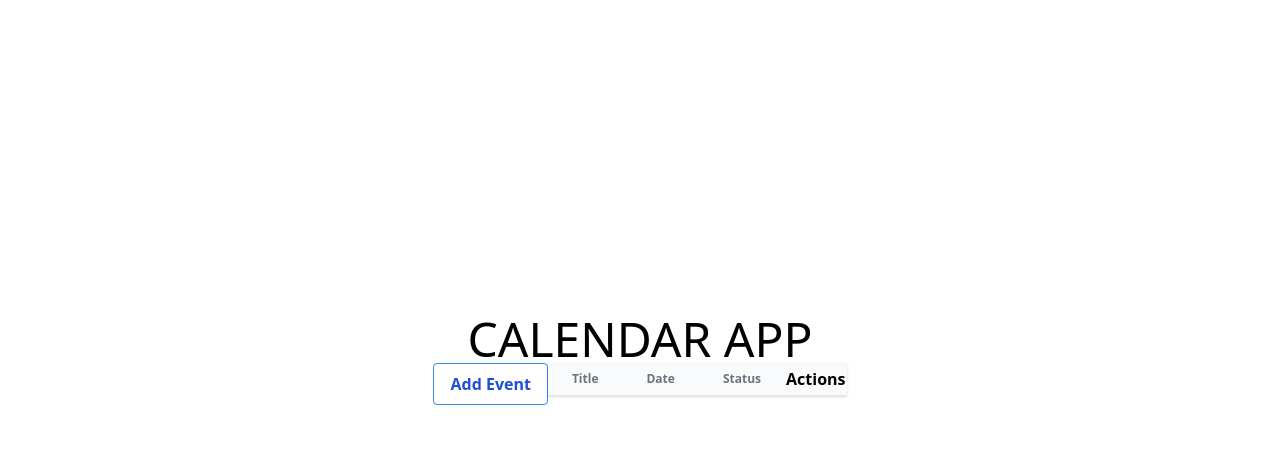
Repository: maikeru-desu/parking-lot
Page: / (app in parking-lot-fe/)
These files come from the project's save history. The page is drawn as it stood at one moment and after a run of saves; the edit follows.
The browser window is 1280 px wide. The pictures show the whole page.
The page's requests for data from a server got no answer. The project was rebuilt for these pictures with package versions that can differ from the ones it lists, and the page was loaded fresh each time. No one was signed in, and anything a server would have sent is missing. Also part of the build but not shown: parking-lot-fe/craco.config.js, parking-lot-fe/src/pages/Add.js, parking-lot-fe/src/pages/Edit.js.

Above is the page before, as saved 2021-10-14 07:18:39.

### parking-lot-fe/src/index.js
import React from 'react';
import ReactDOM from 'react-dom';
import './index.css';
import App from './App';
import {Provider} from "react-redux";
import {BrowserRouter} from "react-router-dom";
import reportWebVitals from './reportWebVitals';
import store from './redux/store';

ReactDOM.render(
    <React.StrictMode>
        <BrowserRouter>
            <Provider store={store}>
                <App />
            </Provider>
        </BrowserRouter>
    </React.StrictMode>,
    document.getElementById('root')
);

// If you want to start measuring performance in your app, pass a function
// to log results (for example: reportWebVitals(console.log))
// or send to an analytics endpoint. Learn more: https://bit.ly/CRA-vitals
reportWebVitals();

### parking-lot-fe/src/App.js
import logo from './logo.svg';
import './App.css';
import {Switch, Route} from "react-router-dom";
import Home from './pages/Home';
import Add from './pages/Add';
import Edit from './pages/Edit';

function App() {
  return (
    <div className="App">
          <h1 class="mb-15 text-5xl">CALENDAR APP</h1>
        <Switch>
            <Route exact path="/" component={Home} />
            <Route exact path="/add" component={Add} />
            <Route exact path="/edit/:id" component={Edit} />
        </Switch>
    </div>
  );
}

export default App;

### parking-lot-fe/src/redux/store.js
import {createStore, applyMiddleware} from "redux";
import logger from "redux-logger";
import reduxThunk from "redux-thunk";
import rootReducer from "./root-reducer";

const middlewares = [reduxThunk];

if (process.env.NODE_ENV === "development") {
    middlewares.push(logger)
}

const store = createStore(rootReducer, applyMiddleware(...middlewares));

export default store;

### parking-lot-fe/src/pages/Home.js
import React, {useEffect} from 'react'
import {useDispatch, useSelector} from "react-redux";
import { deleteEvent, loadEvents } from '../redux/actions';
import { useHistory } from 'react-router-dom';

const Home = () => {
    let dispatch = useDispatch();
    let history = useHistory();
    const { events } = useSelector(state => state.events);

    const handleDelete = (id) => {
        if(window.confirm("Are you sure wanted to delete the event?")) {
            dispatch(deleteEvent(id));
        }
    }

    useEffect(() => {
        dispatch(loadEvents());
    }, [])

    return (
        <div className="container flex justify-center mx-auto">
            <div className="flex flex-col">
                <button onClick={() => history.push("/add")} className="bg-transparent hover:bg-blue-500 text-blue-700 font-semibold hover:text-white py-2 px-4 border border-blue-500 hover:border-transparent rounded">
                    Add Event
                </button>
            </div>
            <div className="flex flex-col">
                <div className="w-full">
                    <div className="border-b border-gray-200 shadow">
                        <table className="divide-y divide-gray-300 w-full">
                            <thead className="bg-gray-50">
                                <tr>
                                    <th className="px-6 py-2 text-xs text-gray-500">
                                        Title
                                    </th>
                                    <th className="px-6 py-2 text-xs text-gray-500">
                                        Date
                                    </th>
                                    <th className="px-6 py-2 text-xs text-gray-500">
                                        Status
                                    </th>
                                    <th>
                                        Actions
                                    </th>
                                </tr>
                            </thead>
                            <tbody className="bg-white divide-y divide-gray-300">
                                {events && events.map((event) => (
                                    <tr className="whitespace-nowrap" key={event.id}>
                                        <td className="px-6 py-4">
                                            <div className="text-sm text-gray-900">
                                                {event.title}
                                            </div>
                                        </td>
                                        <td className="px-6 py-4">
                                            <div className="text-sm text-gray-500">{event.date}</div>
                                        </td>
                                        <td className="px-6 py-4 text-sm text-gray-500">
                                            {(() => {
                                                if (event.status == 0) {
                                                    return 'Pending';
                                                } else if (event.status == 1) {
                                                    return 'Done';
                                                } else {
                                                    return 'Ongoing';
                                                }
                                            })()}
                                        </td>
                                        <td>
                                            <button onClick={() => history.push(`/edit/${event.id}`)} className="bg-transparent hover:bg-blue-500 text-blue-700 font-semibold hover:text-white py-2 px-4 border border-blue-500 hover:border-transparent rounded">
                                                EDIT
                                            </button>
                                            <button onClick={() => handleDelete(event.id)} className="bg-transparent hover:bg-red-500 text-red-700 font-semibold hover:text-white py-2 px-4 border border-red-500 hover:border-transparent rounded">
                                                DELETE
                                            </button>
                                        </td>
                                    </tr>
                                ))}
                            </tbody>
                        </table>
                    </div>
                </div>
            </div>
        </div>
    )
}

export default Home

### parking-lot-fe/src/redux/root-reducer.js
import {combineReducers} from "redux";
import eventsReducers from "./reducer";

const rootReducer = combineReducers({
    events: eventsReducers
});

export default rootReducer;

### parking-lot-fe/src/redux/actions.js
import * as types from "./actionType";
import axios from "axios";

const getEvents = (events) => ({
    type: types.GET_EVENTS,
    payload: events
});

const eventDeleted = () => ({
    type: types.DELETE_EVENT
});

const eventAdded = () => ({
    type: types.ADD_EVENT
});

const eventFetched = (event) => ({
    type: types.GET_EVENT,
    payload: event,
});

const eventUpdated = () => ({
    type: types.UPDATE_EVENT
});

export const loadEvents = () => {
    return function (dispatch) {
        axios.get(`${process.env.REACT_APP_API}`).then((resp) => {
            // console.log("resp", resp);
            dispatch(getEvents(resp.data));
        })
        .catch((error) => console.log(error));
    };
};

export const deleteEvent = (id) => {
    return function (dispatch) {
        axios.delete(`${process.env.REACT_APP_API}/${id}`).then((resp) => {
            console.log("resp", resp);
            dispatch(eventDeleted());
            dispatch(loadEvents());
        })
        .catch((error) => console.log(error));
    };
};

export const addEvent = (user) => {
    return function (dispatch) {
        axios.post(`${process.env.REACT_APP_API}`, user).then((resp) => {
            console.log("resp", resp);
            dispatch(eventAdded());
            dispatch(loadEvents());
        })
        .catch((error) => console.log(error));
    };
};

export const getEvent = (id) => {
    return function (dispatch) {
        axios.get(`${process.env.REACT_APP_API}/${id}`).then((resp) => {
            console.log("resp", resp);
            dispatch(eventFetched(resp.data));
        })
        .catch((error) => console.log(error));
    };
};

export const updateEvent = (user, id) => {
    return function (dispatch) {
        axios.put(`${process.env.REACT_APP_API}/${id}`, user).then((resp) => {
            console.log("resp", resp);
            dispatch(eventUpdated());
        })
            .catch((error) => console.log(error));
    };
};

### parking-lot-fe/src/form.css
html, body {
  height: 100%
}

body {
  display: flex;
  justify-content: center;
  align-items: center;
}

form {
  padding: 20px;
  border: 1px solid #ccc;
  border-radius: 5px;
  width: 100%;
}

button {
  width: 100%
}

#root {
    width: 100%;
    max-width: 600px;
}

### parking-lot-fe/src/redux/reducer.js
import * as types from "./actionType";

const initialState = {
    events: [],
    event: {},
    loading: true
}

const eventsReducers = (state = initialState, action) => {
    switch (action.type) {
        case types.GET_EVENTS:
            return {
                ...state,
                events: action.payload,
                loading: false,
            };
        case types.DELETE_EVENT:
        case types.ADD_EVENT:
        case types.UPDATE_EVENT:
            return {
                ...state,
                loading: false,
            }
        case types.GET_EVENT:
            return {
                ...state,
                event: action.payload,
                loading: false,
            };
        default:
            return state;
    }
}

export default eventsReducers;

### parking-lot-fe/src/redux/actionType.js
export const GET_EVENTS = "GET_EVENTS";
export const DELETE_EVENT = "DELETE_EVENT";
export const ADD_EVENT = "ADD_EVENT";
export const GET_EVENT = "GET_EVENT";
export const UPDATE_EVENT = "UPDATE_EVENT";

Loaded but not shown: parking-lot-fe/src/index.css (common file); parking-lot-fe/src/reportWebVitals.js (common file); parking-lot-fe/src/App.css (common file); parking-lot-fe/tailwind.config.js (common file)

After the next 3 saves:
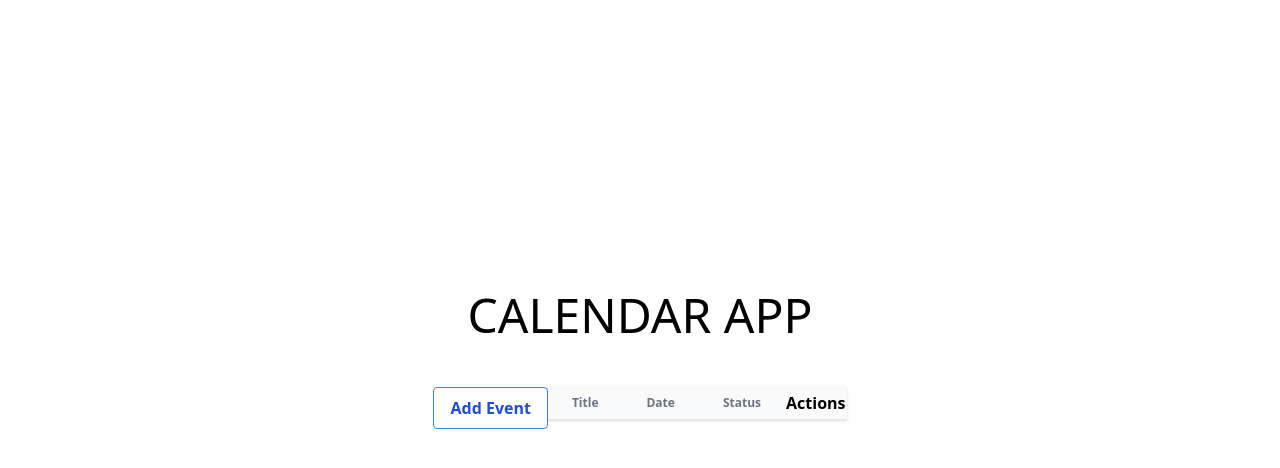
The 3 saves are shown as one change because they came seconds apart.
The last was saved 8 s later.
--- a/parking-lot-fe/src/App.js
+++ b/parking-lot-fe/src/App.js
@@ -8,7 +8,7 @@ import Edit from './pages/Edit';
 function App() {
   return (
     <div className="App">
-          <h1 class="mb-15 text-5xl">CALENDAR APP</h1>
+          <h1 class="mb-12 text-5xl">CALENDAR APP</h1>
         <Switch>
             <Route exact path="/" component={Home} />
             <Route exact path="/add" component={Add} />
